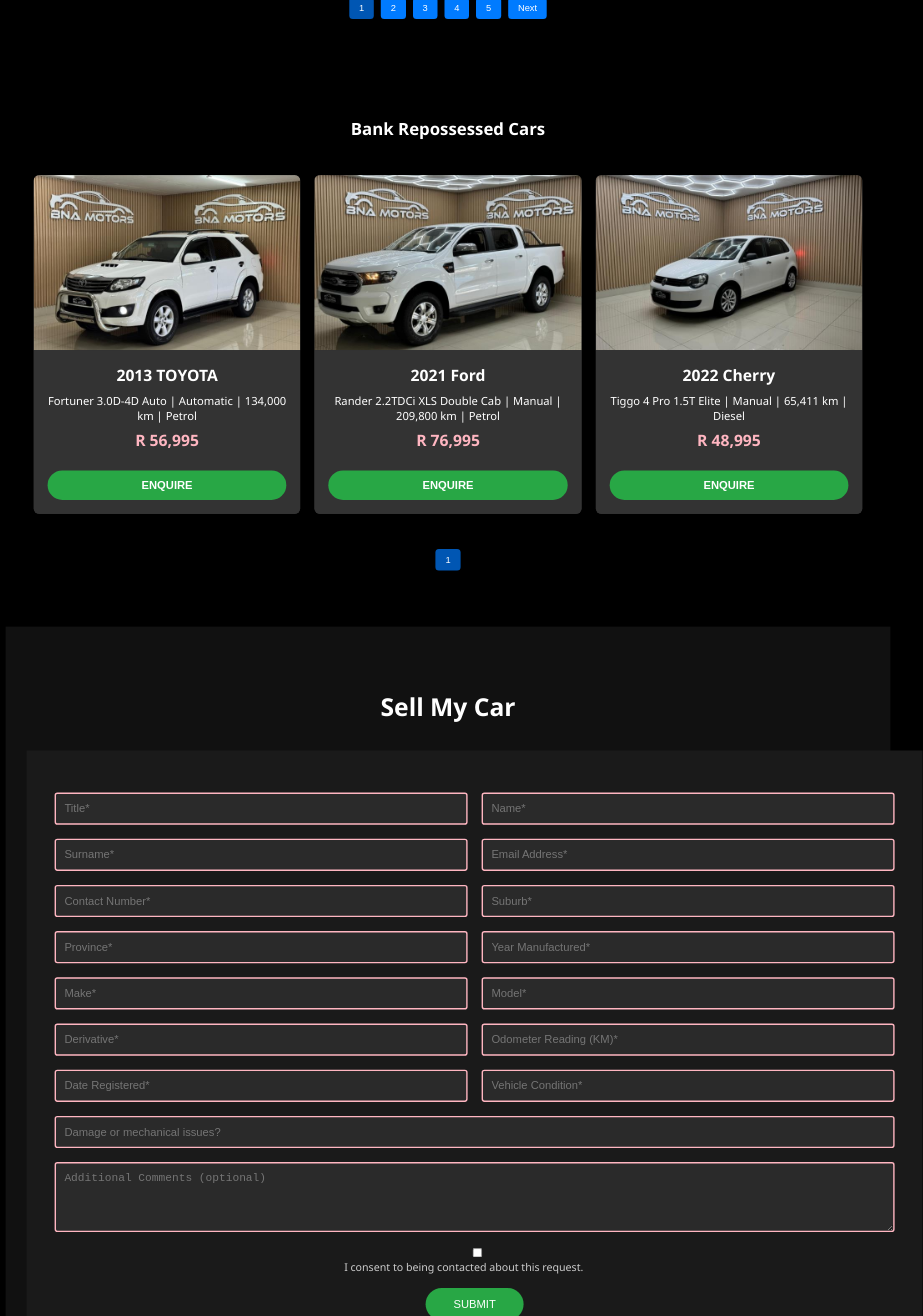
Repository: The-man-of-books/BNA2
Page: index.html
These files come from the project's save history. The page is drawn as it stood at one moment and after the next save; the edit follows.
The browser window is 1280 px wide. The page is 1318 px wide, so the pictures cover 1318 px, including what lies to the right of the window. The pictures show the part of the page from y = 2313 to 4193 px (the page is 9742 px tall before and 10290 px after), at 70% of full size.

Above is the page before, as saved 2025-07-03 09:06:16.

After the next save:
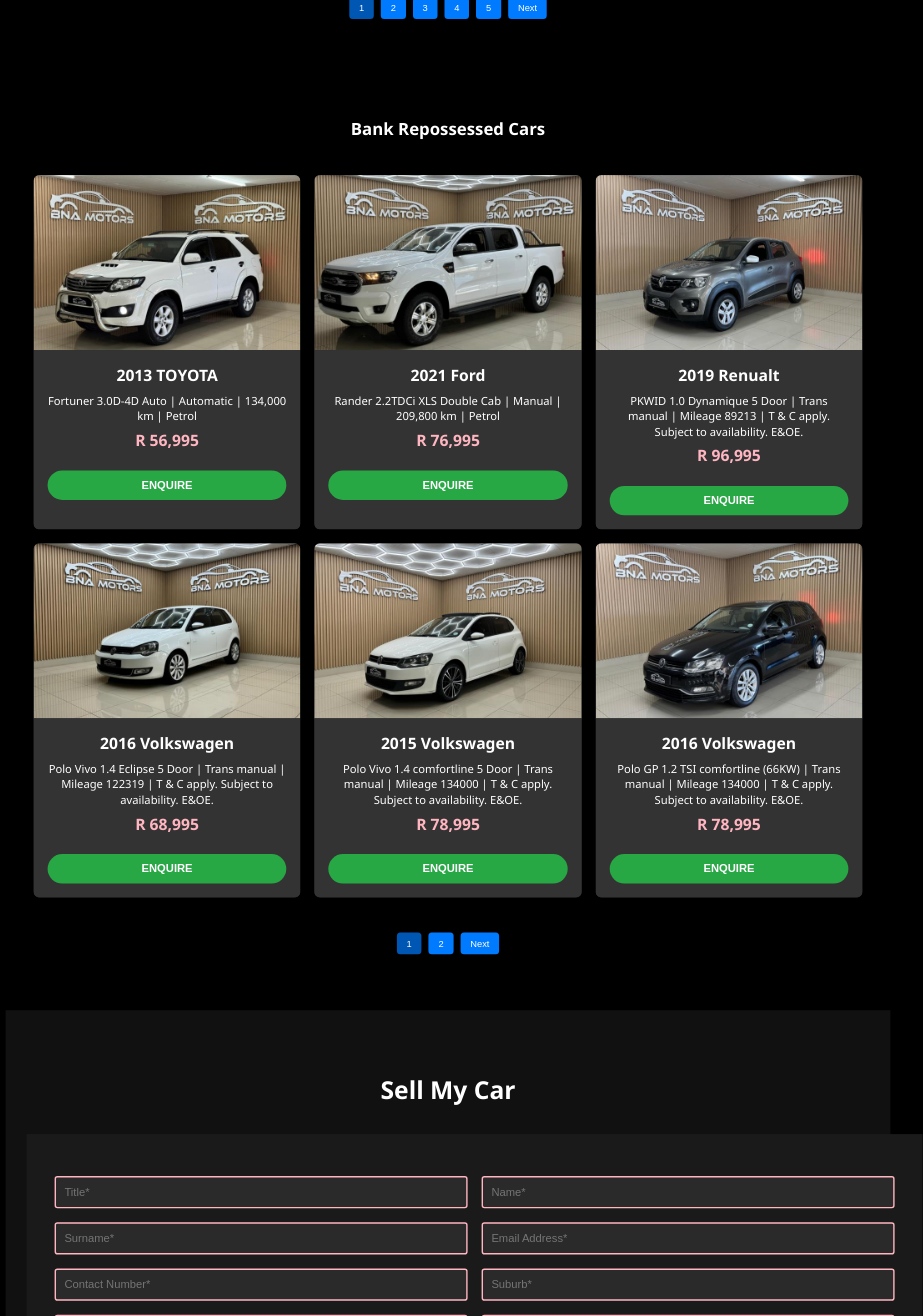
Saved 2 min 57 s later.
--- a/bank-repo-cars.json
+++ b/bank-repo-cars.json
@@ -12,6 +12,30 @@
     "image": "images/BNA9717-1.jpeg"
   },
   {
+    "title": "2019 Renualt",
+    "desc": "PKWID 1.0 Dynamique 5 Door | Trans manual | Mileage 89213 | T & C apply. Subject to availability. E&OE.",
+    "price": "R 96,995",
+    "image": "images/BNA8682-12.jpeg"
+  },
+  {
+    "title": "2016 Volkswagen",
+    "desc": "Polo Vivo 1.4 Eclipse 5 Door | Trans manual | Mileage 122319 | T & C apply. Subject to availability. E&OE.",
+    "price": "R 68,995",
+    "image": "images/BNA9771-1.jpeg"
+  },
+  {
+    "title": "2015 Volkswagen",
+    "desc": "Polo Vivo 1.4 comfortline 5 Door | Trans manual | Mileage 134000 | T & C apply. Subject to availability. E&OE.",
+    "price": "R 78,995",
+    "image": "images/BNA9183-9.jpeg"
+  },
+  {
+    "title": "2016 Volkswagen",
+    "desc": "Polo GP 1.2 TSI comfortline (66KW) | Trans manual | Mileage 134000 | T & C apply. Subject to availability. E&OE.",
+    "price": "R 78,995",
+    "image": "images/BNA9584-1.jpeg"
+  },
+  {
     "title": "2022 Cherry",
     "desc": "Tiggo 4 Pro 1.5T Elite | Manual | 65,411 km | Diesel",
     "price": "R 48,995",
